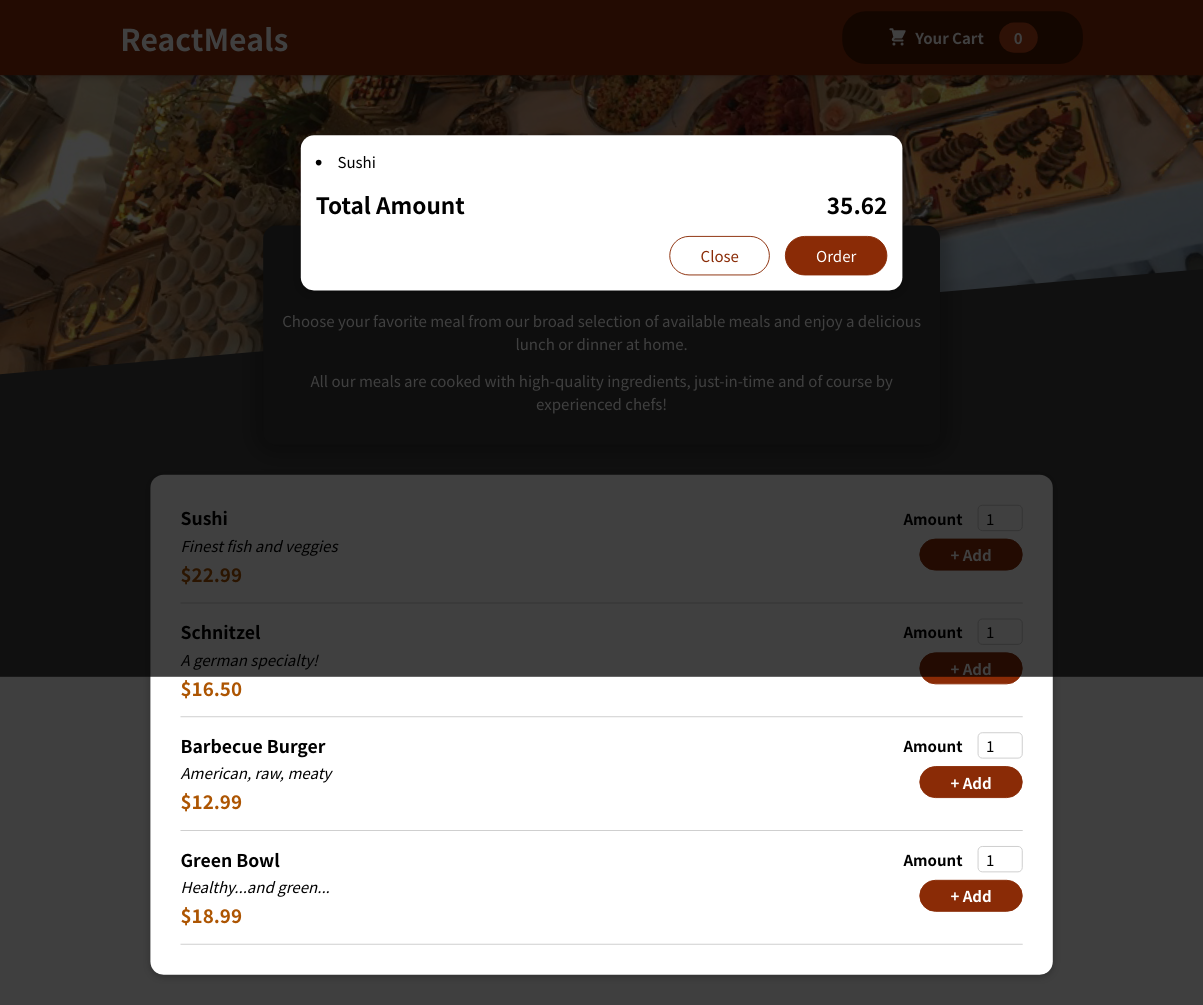
Repository: m-ahmadshaikh/React-Food-Ordering-App
Page: /, after clicking the first element matching `button.HeaderCartButton_56f31_button`
The author's editor kept a copy of each file at every save. The page is drawn from the files as they stood at one save, then again after the next save.
The browser window is 1280 px wide. The pictures show the whole page, at 94% of full size.
The project was rebuilt for these pictures with package versions that can differ from the ones it lists, and the page was loaded fresh each time.

Above is the page before, as saved 2022-09-08 19:41:14.

After the next save:
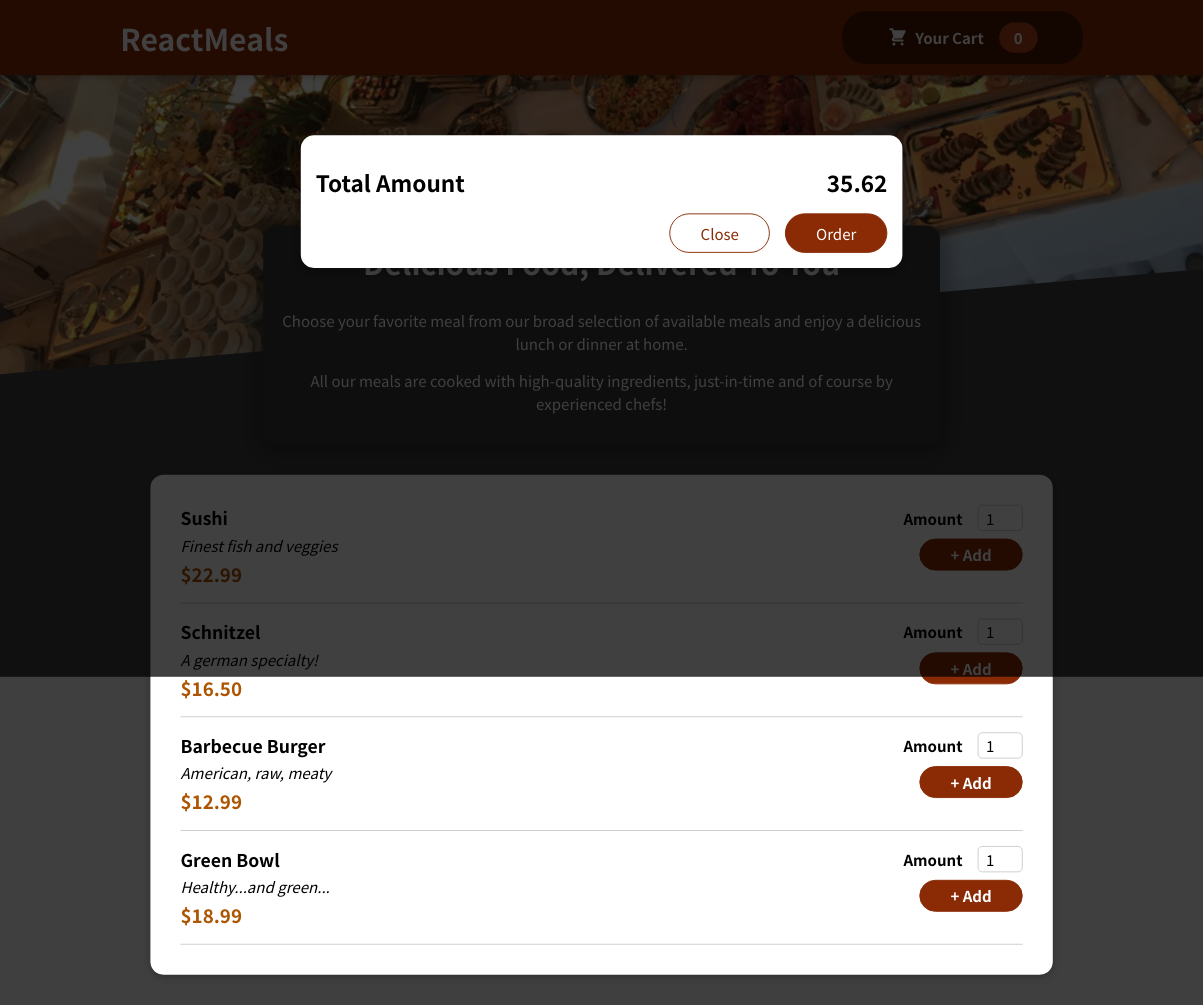
Saved 39 s later.
--- a/src/components/Cart/Cart.js
+++ b/src/components/Cart/Cart.js
@@ -1,10 +1,11 @@
-import React from 'react';
+import React, { useContext } from 'react';
+import CartContext from '../../store/cart-context';
 import Modal from '../UI/Modal';
 import styles from './Cart.module.css';
 export default function Cart({ onHideCart }) {
-  const cartItems = [{ id: 'c1', name: 'Sushi', amount: 2, price: 12.99 }].map(
-    (item) => <li>{item.name}</li>
-  );
+  const ctx = useContext(CartContext);
+
+  const cartItems = [...ctx.items].map((item) => <li>{item.name}</li>);
   return (
     <Modal onHideCart={onHideCart}>
       <div>{cartItems}</div>
